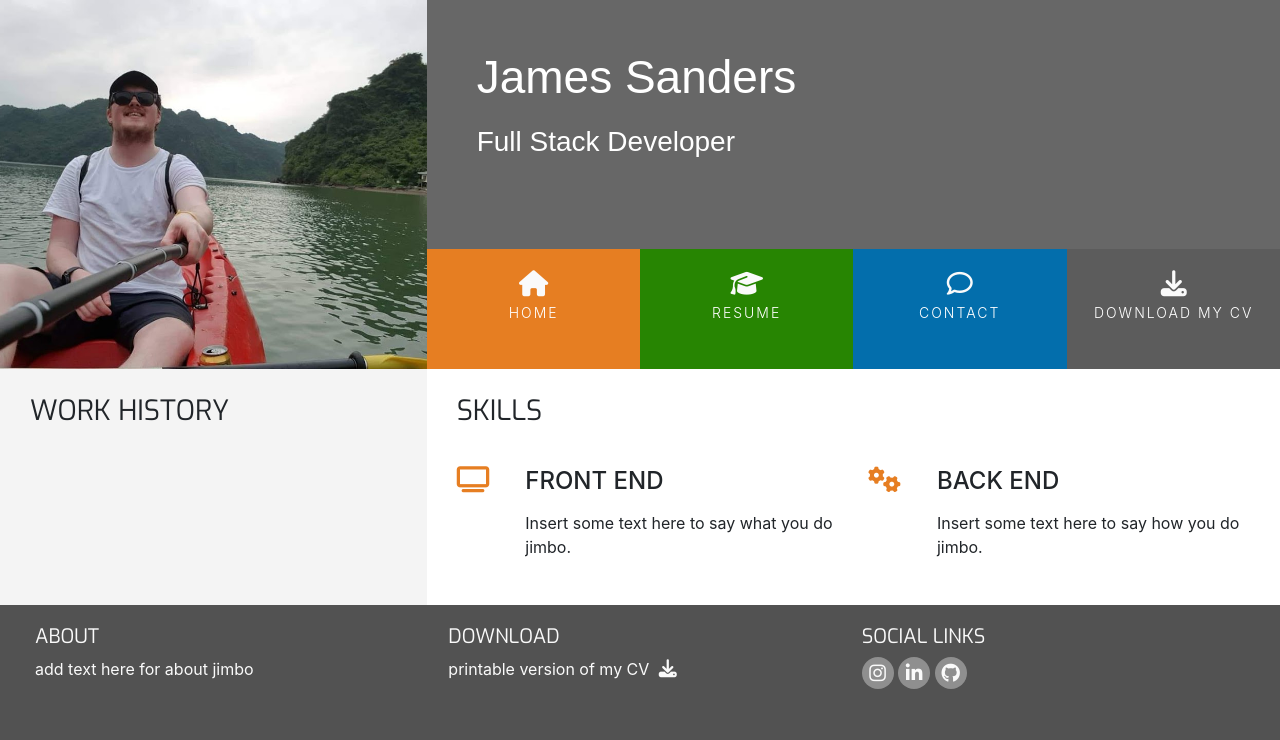
Repository: JaySanders95/my-online-resume
Page: resume.html
The author's editor kept a copy of each file at every save. The page is drawn from the files as they stood at one save, then again after the next save.
The browser window is 1280 px wide. The pictures show the whole page.
Some web fonts or font styles are not loaded; a fallback is used. Some web libraries are served in a nearby version.

Above is the page before, as saved 2023-04-19 21:42:46.

### resume.html
<!DOCTYPE html>
<html lang="en">
<head>
    <meta charset="UTF-8">
    <meta http-equiv="X-UA-Compatible" content="IE=edge">
    <meta name="viewport" content="width=device-width, initial-scale=1.0">
    <link rel="stylesheet" href="https://cdn.jsdelivr.net/npm/@fortawesome/fontawesome-free@6.2.1/css/fontawesome.min.css" integrity="sha384-QYIZto+st3yW+o8+5OHfT6S482Zsvz2WfOzpFSXMF9zqeLcFV0/wlZpMtyFcZALm" crossorigin="anonymous">
    <link rel="stylesheet" href="https://cdn.jsdelivr.net/npm/bootstrap@4.6.2/dist/css/bootstrap.min.css" integrity="sha384-xOolHFLEh07PJGoPkLv1IbcEPTNtaed2xpHsD9ESMhqIYd0nLMwNLD69Npy4HI+N" crossorigin="anonymous">
    <link rel="stylesheet" href="assets/css/style.css">
    <link rel="stylesheet" href="https://cdnjs.cloudflare.com/ajax/libs/hover.css/2.3.1/css/hover-min.css" integrity="sha512-csw0Ma4oXCAgd/d4nTcpoEoz4nYvvnk21a8VA2h2dzhPAvjbUIK6V3si7/g/HehwdunqqW18RwCJKpD7rL67Xg==" crossorigin="anonymous" referrerpolicy="no-referrer" />
    <title>James Sanders' Resume</title>
</head>
<body>
    <header>
        <div class="row no-gutters">
            <a href="index.html" class="col-md-4 logo">

            </a>
            <div class="col-md-8">
                <div class="row bg-color-name-title no-gutters">
                    <div class="col heading">
                        <h1 class="name">James Sanders</h1>
                        <h2 class="title">Full Stack Developer</h2>

                    </div>
                </div>
                <div class="row no-gutters">
                    <div class="col">
                        <ul id="nav" class="list-inline menucontainer">
                            <li class="col-6 col-sm-3 ui-menu-color-home list-inline-item menuitem">
                                <a href="#" class="hvr-bounce-to-bottom"><i class="fa fa-home" aria-hidden="true"></i><span>Home</span></a>
                            </li>
                            <li class="col-6 col-sm-3 ui-menu-color-resume list-inline-item menuitem">
                                <a href="#" class="hvr-bounce-to-bottom"><i class="fa fa-graduation-cap" aria-hidden="true"></i><span>Resume</span></a>
                            </li>
                            <li class="col-6 col-sm-3 ui-menu-color-contact list-inline-item menuitem">
                                <a href="#" class="hvr-bounce-to-bottom"><i class="fa fa-comment-o" aria-hidden="true"></i><span>Contact</span></a>
                            </li>
                            <li class="col-6 col-sm-3 ui-menu-color-download list-inline-item menuitem">
                                <a href="#" class="hvr-bounce-to-bottom"><i class="fa fa-download" aria-hidden="true"></i><span>Download my CV</span></a>
                            </li>
                        </ul>
                    </div>
                </div>
            </div>
        </div>
    </header>
    <section class="container-fluid">
        <div class="row">
            <div class="col-md-4 bg-color-personal-info section-column">
                <div class="row">
                    <div class="col-12">
                        <h3 class="section-heading uppercase">
                            Work History
                        </h3>
                    </div>
                </div>

            </div>
            <div class="col-md-8 bg-color-three-reasons section-column">
                <div class="row">
                    <div class="col">
                        <h3 class="section-heading uppercase">Skills</h3>
                    </div>
                </div>
                <div class="row">
                    <div class="col-10 offset-1 offset-sm-0 col-sm-4 col-md-6">
                        <div class="row">
                            <div class="col-2">
                                <i class="three-reasons-icon fa fa-tv" aria-hidden="true"></i>
                            </div>
                            <div class="col-10">
                                <h4 class="three-reasons-heading uppercase">Front End</h4>
                                <p>
                                    Insert some text here to say what you do jimbo.
                                </p>
                            </div>
                        </div>
                    </div>
                    <div class="col-10 offset-1 offset-sm-0 col-sm-4 col-md-6">
                        <div class="row">
                            <div class="col-2">
                                <i class="three-reasons-icon fa fa-gears" aria-hidden="true"></i>
                            </div>
                            <div class="col-10">
                                <h4 class="three-reasons-heading uppercase">Back end</h4>
                                <p>
                                    Insert some text here to say how you do jimbo.
                                </p>
                            </div>
                        </div>
                    </div>

                </div>
            </div>
        </div>

    </section>
    <footer class="container-fluid">
        <div id="footer-details" class="row">
            <div class="col-sm-4">
                <h5 class="uppercase general-sub">About</h5>
                <p class="inline-block"> add text here for about jimbo</p>
            </div>
            <div class="col-sm-4">
                <h5 class="uppercase general-sub">Download</h5>
                <p class="inline-block"> printable version of my CV</p>
                <a href="#" target="_blank" class="cv-pdf">
                    <i class="fa fa-download" aria-hidden="true"></i>
                    <span class="sr-only">Download link.</span>
                </a>
            </div>
            <div class="col-sm-4">
                <h5 class="uppercase general-sub">Social links</h5>
                <ul class="list-inline social-links">
                    <li class="list-inline-item">
                        <a target="_blank" href="#">
                            <i class="fa fa-instagram"></i>
                            <span class="sr-only">Instagram</span>
                        </a>
                    </li>
                    <li class="list-inline-item">
                        <a target="_blank" href="#">
                            <i class="fa fa-linkedin"></i>
                            <span class="sr-only">LinkedIn</span>
                        </a>
                    </li>
                    <li class="list-inline-item">
                        <a target="_blank" href="#">
                            <i class="fa-brands fa-github"></i>
                            <span class="sr-only">GitHub</span>

                        </a>
                    </li>
                </ul>
            </div>
        </div>

    </footer>
    <script src="https://kit.fontawesome.com/c80cd6a143.js" crossorigin="anonymous"></script>
</body>
</html>

### assets/css/style.css
@import url('https://fonts.googleapis.com/css2?family=Anuphan:100,200,300,400,500,600,700wght@300&family=Exo:100,200,300,400,500,600,700ital,wght@1,300&display=swap');


/* ------- Colours ---------*/

.bg-color-name-title {
    background-color:#676767;
}

.bg-color-three-reasons {
    background-color: #fff;
}

.bg-color-personal-info {
    background-color:#f4f4f4;
}

.ui-menu-color-home {
    background-color: #e67e22;
}

.ui-menu-color-resume {
    background-color: #278502;
}

.ui-menu-color-contact {
    background-color: #036eac;
}

.ui-menu-color-download {
    background-color: #5c5c5c;
}

/* ------- Special paddings/margins/text ---------*/

h1,h2,h3,h4 {
    margin: 0;
}

.uppercase {
    text-transform: uppercase;
}

.general-sub {
    font-family: 'Exo', sans-serif;
    font-weight: 300;
    color: #fafafa;
}

.inline-block {
    display: inline-block;
}

.row-table {
    display: table;

}
.section-column {
    display: table-cell;
    padding: 0 30px 30px;
    float: none;
}

.section-heading {
    font-family: 'Exo', sans-serif;
    font-weight: 300;
    margin-top: 25px;
    margin-bottom: 40px;
}

/* ------- Headers ---------*/
header {
    margin: 0;
}

.heading {
    margin-left: 50px;
}

.logo {
    background: url(../images/me.png);
    background-position: center;
    background-repeat: no-repeat;
    background-size: cover;
    min-height: 360px;
    transition: all .5s ease-in-out;
    -moz-transition: all .5s ease-in-out;
    -webkit-transition: all .5s ease-in-out;
}

.name {
    font-family: 'Anuphan', sans-serif;
    font-weight: 100;
    font-size: 46px;
    margin-top: 50px;
    color: #fff;
}

.title {
    font-family: 'Anuphan', sans-serif;
    font-weight: 200;
    font-size: 28px;
    margin-top: 20px;
    margin-bottom: 90px;
    color: #fff;
}

.list-inline-item:not(:last-child) {
    margin: 0;
}

.menucontainer {
    font-size: 0;
}

#nav li {
    font-size: 14px;
    padding: 0;
}

#nav {
    margin: 0;
}

.menuitem {
    height: 120px;
    text-align: center;
    padding: 0;

}

.menuitem a {
    width: 100%;
    text-decoration: none;
    color: #fff;
    height: 120px;
}

.menuitem a i {
    display: block;
    padding-top: 22px;
    color: #fafafa;
    font-size: 26px;
}

.menuitem span {
    display: block;
    width: 100%;
    padding-top: 5px;
    text-align: center;
    text-transform: uppercase;
    font-size: 14px;
    font-weight: 300;
    letter-spacing: 2px;
}

/* ------- Hover.css ---------*/

.hvr-bounce-to-bottom:before {
    background: rgba(0, 0, 0, 0.3) !important;
    height: 120px;

}

/* ------- Footer ---------*/

footer {
    background-color: #525252;
    color: #fafafa;
    min-height: 120px;
}

.cv-pdf i {
    font-size: 18px;
    color: #fafafa;
    text-align: center;
    padding-left: 5px;
    transition: all 0.35s ease-in-out;
    -moz-transition: all 0.35s ease-in-out;
    -webkit-transition: all 0.35s ease-in-out;
    -o-transition: all 0.35s ease-in-out;
}

.cv-pdf i:hover {
    color: #e84610;
}

.social-links {
    padding-bottom: 15px;
}

.social-links li a i {
    width: 32px;
    height: 32px;
    padding: 7px 0;
    border-radius: 50%;
    font-size: 19px;
    text-align: center;
    color: #fafafa;
    background: #8f8f8f;
    transition: all 0.35s ease-in-out;
    -moz-transition: all 0.35s ease-in-out;
    -webkit-transition: all 0.35s ease-in-out;
    -o-transition: all 0.35s ease-in-out;
}

.social-links li a i:hover {
    background-color: #e84610;
}

#footer-details {
    padding: 20px;
}

/* ------- 3 Reasons ---------*/

.three-reasons-icon {
    font-size: 26px;
    color: #e67e22;
}

.three-reasons-heading {
    margin-bottom: 15px;
}

/* ------- Personal Info ---------*/

.personal-info-item {
    margin-bottom: 20px;
    display: block;
    clear: both;
}

.personal-info-item .key,
.personal-info-item .value {
    padding: 8px;
    display: inline-block;

}

.personal-info-item .key p,
.personal-info-item .value p {
    margin: 0;
}

.personal-info-item .key {
    width: 30%;
    margin-right: 21px;
    padding-top: 2px;
    vertical-align: top;
}

.personal-info-item .key p {
    font-weight: 700;


}

.personal-info-item .value {
    position: relative;
    width: 60%;

}

After the next save:
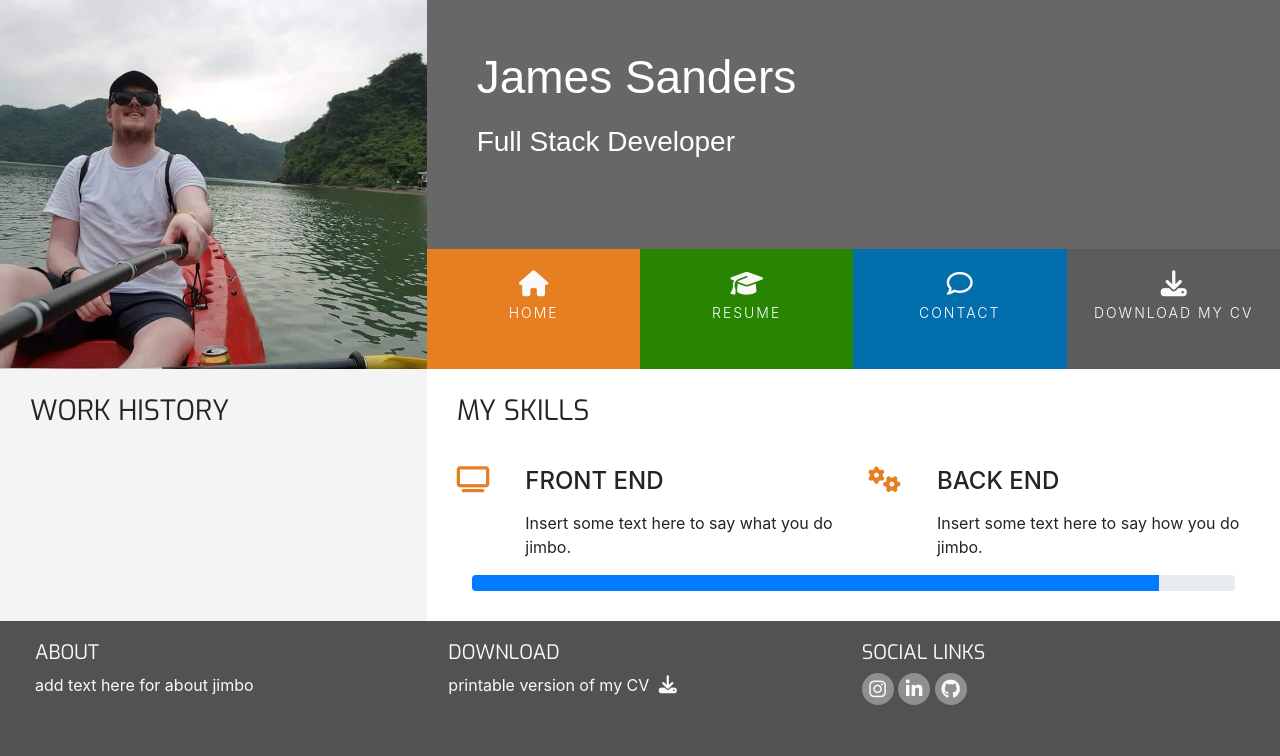
Saved 4 min 24 s later.
--- a/resume.html
+++ b/resume.html
@@ -60,7 +60,7 @@
             <div class="col-md-8 bg-color-three-reasons section-column">
                 <div class="row">
                     <div class="col">
-                        <h3 class="section-heading uppercase">Skills</h3>
+                        <h3 class="section-heading uppercase">My Skills</h3>
                     </div>
                 </div>
                 <div class="row">
@@ -91,6 +91,14 @@
                         </div>
                     </div>
 
+                </div>
+                <div class="col">
+                    <div class="progress">
+                        <div class="progress-bar" role="progressbar" #
+                        aria-valuenow="90" aria-valuemin="0" aria-valuemax="100" style="width:90%">
+
+                        </div>
+                    </div>
                 </div>
             </div>
         </div>
